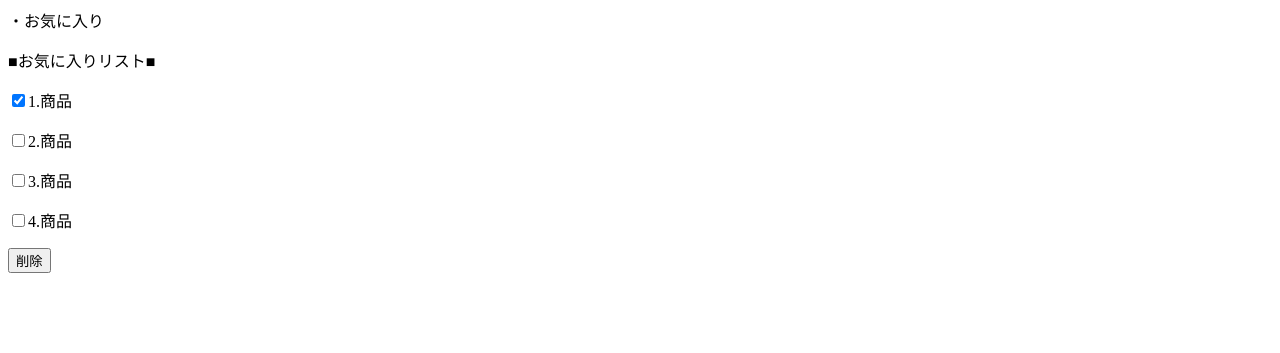
Repository: nathox/backup
Page: http://localhost/Aaaa/Index.jsp
An editor plug-in stored every save of this project. The page is shown before and after the next save, followed by the edit.
The browser window is 1280 px wide. The pictures show the whole page.
The page is served by Tomcat 9.

Above is the page before, as saved 2018-02-02 06:53:09.

After the next save:
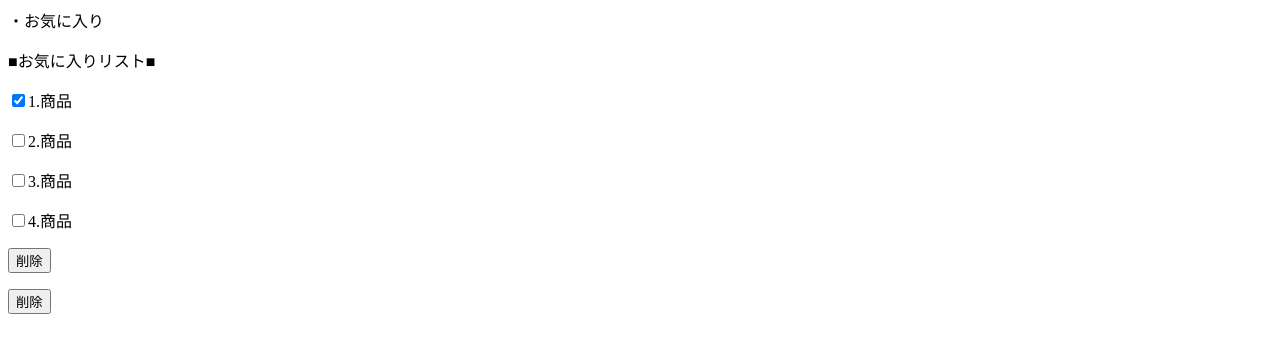
Saved 12 min 33 s later.
--- a/Aaaa/WebContent/Index.jsp
+++ b/Aaaa/WebContent/Index.jsp
@@ -34,6 +34,8 @@
 </form>
 
 
+<button type="button" id="del" name="sampledel" class="btn  margin-bottom">削除</button>
+
 
 
 </body>

After the save that followed:
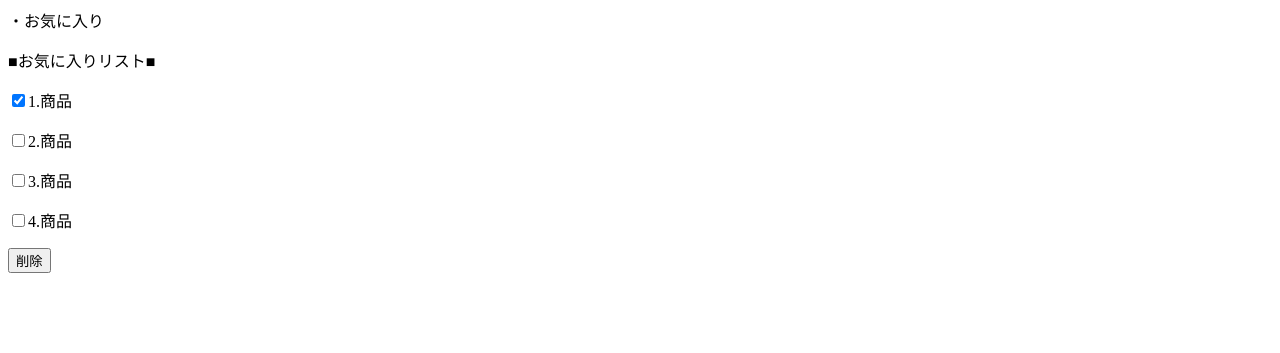
Saved 51 s later.
--- a/Aaaa/WebContent/Index.jsp
+++ b/Aaaa/WebContent/Index.jsp
@@ -29,7 +29,7 @@
 <br>
 </p>
 <p>
-<input type="submit" value="削除">
+
 </p>
 </form>
 
